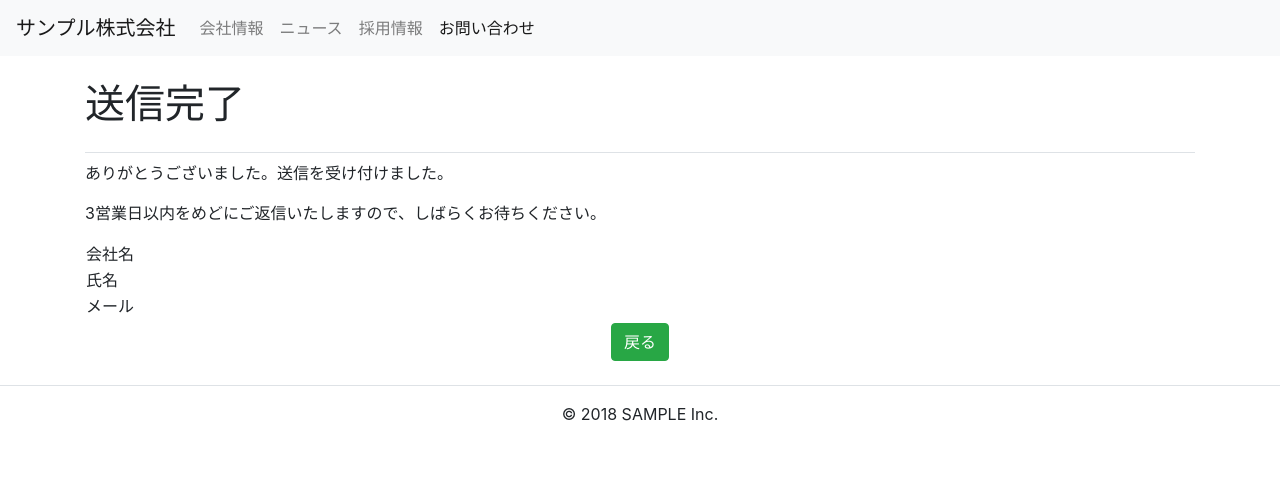
Repository: kazumasatomoto/kadai-tasklist-
Page: complete.html
The author's editor kept a record of every edit. The page is drawn from the files as they stood at one moment, then again after the next edit.
The browser window is 1280 px wide. The pictures show the whole page.
Some web libraries are served in a nearby version.

Above is the page before.

After the next edit:
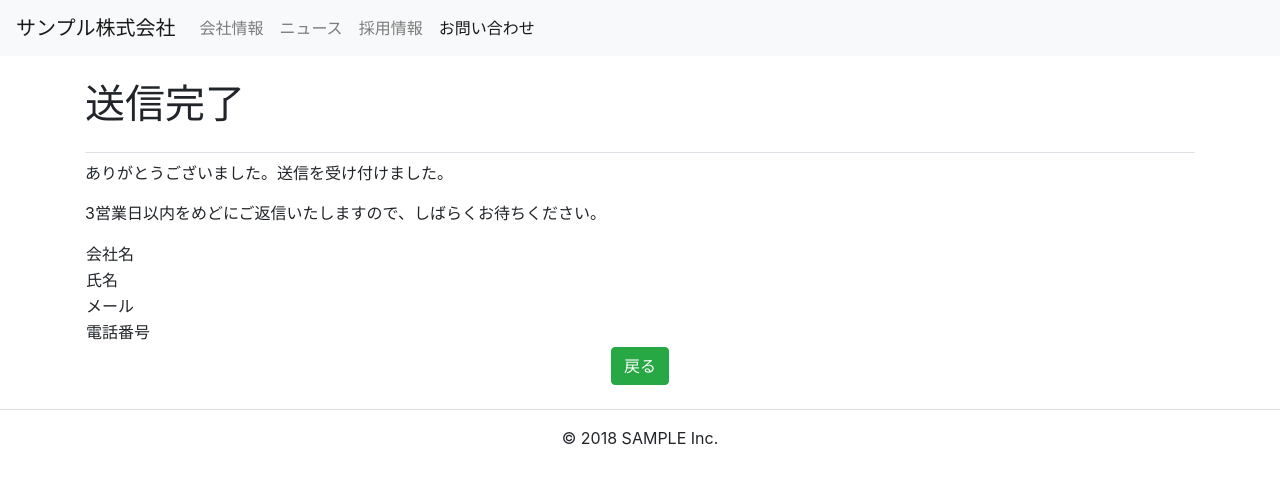
The edit:
--- a/complete.html
+++ b/complete.html
@@ -40,7 +40,7 @@
                     <td>メール</td>
                 </tr>
                 <tr>
-                    <td></td>
+                    <td>電話番号</td>
                 </tr>
                 <tr>
                     <td></td>
